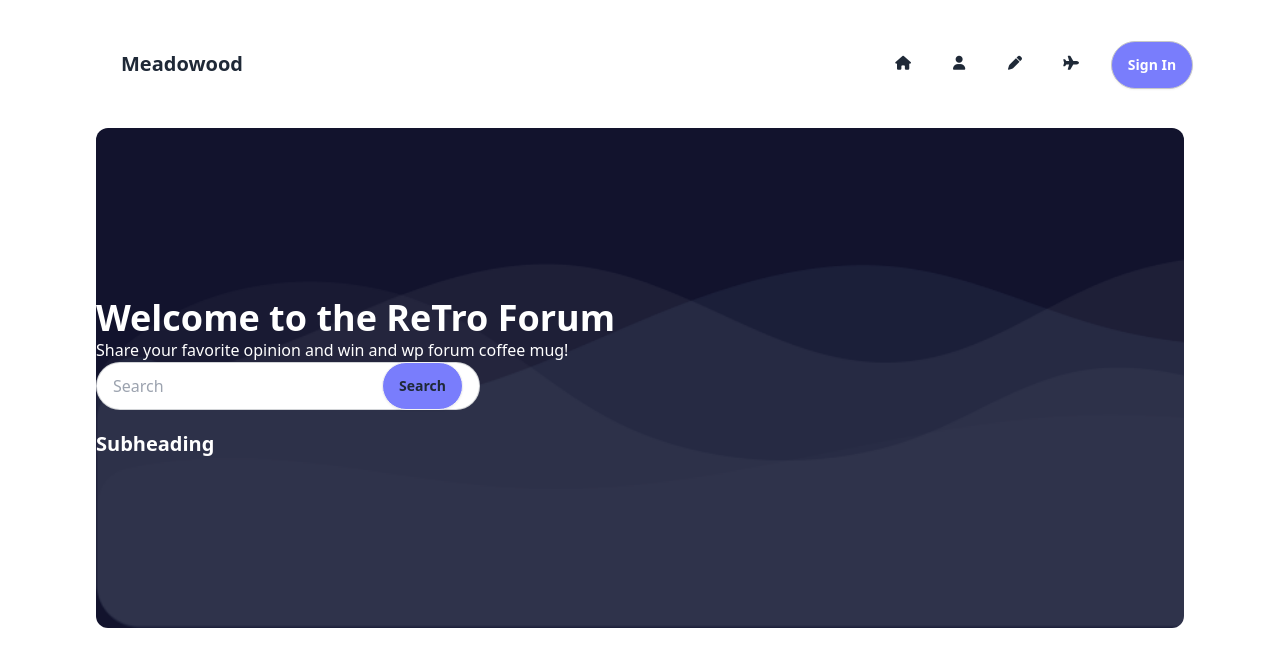
Repository: RudrasahaDibos/Meadowood-Forum
Page: index.html
These files come from the project's save history. The page is drawn as it stood at one moment and after the next save; the edit follows.
The browser window is 1280 px wide. The pictures show the whole page.
Some web libraries are served in a nearby version.

Above is the page before, as saved 2024-11-24 12:45:06.

After the next save:
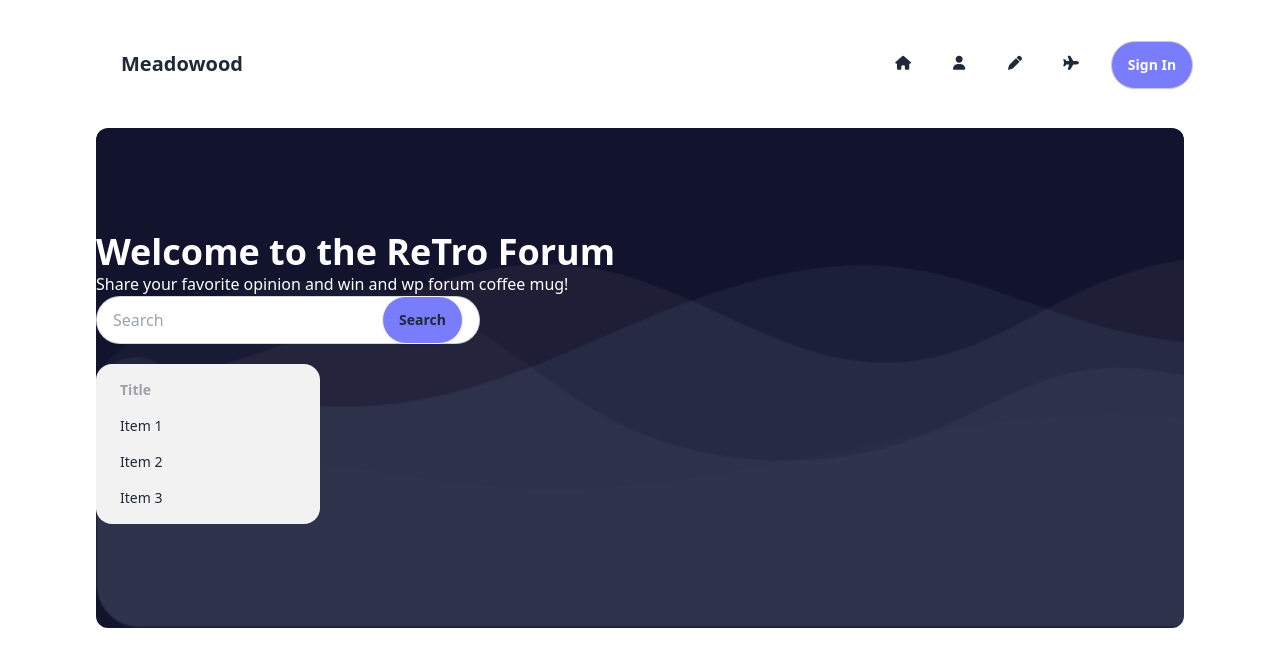
Saved 110 s later.
--- a/index.html
+++ b/index.html
@@ -83,7 +83,12 @@
                   </div>
                    <div>
 
-                <h6 class="text-xl font-bold font-manrope text-white">Subheading</h6>
+                    <ul class="menu bg-base-200 rounded-box w-56">
+                        <li class="menu-title">Title</li>
+                        <li><a>Item 1</a></li>
+                        <li><a>Item 2</a></li>
+                        <li><a>Item 3</a></li>
+                      </ul>
                    </div>
 
                 </div>
